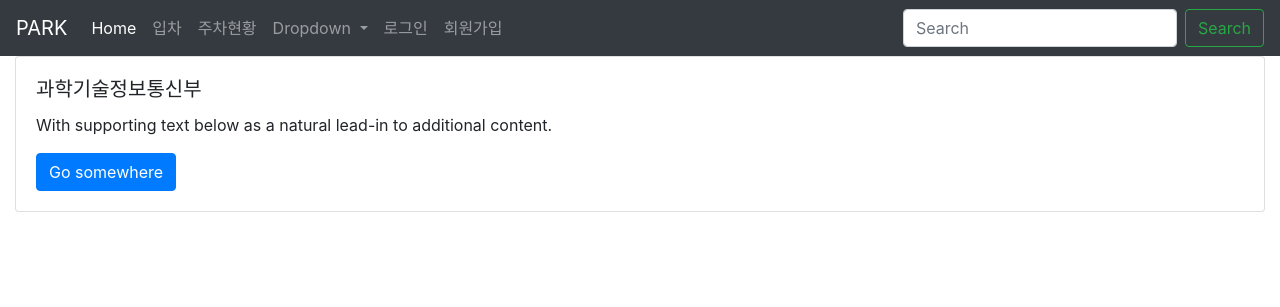
Repository: jbkim08/pro07
Page: http://localhost/pro07/WEB-INF/views/home.jsp
These files come from the project's save history. The page is drawn as it stood at one moment and after the next save; the edit follows.
The browser window is 1280 px wide. The pictures show the whole page.
The page is served by Tomcat 9. Nobody is signed in. The template is opened directly, without the code that normally fills it, so the values that code supplies are empty.

Above is the page before, as saved 2022-12-28 10:08:55.

After the next save:
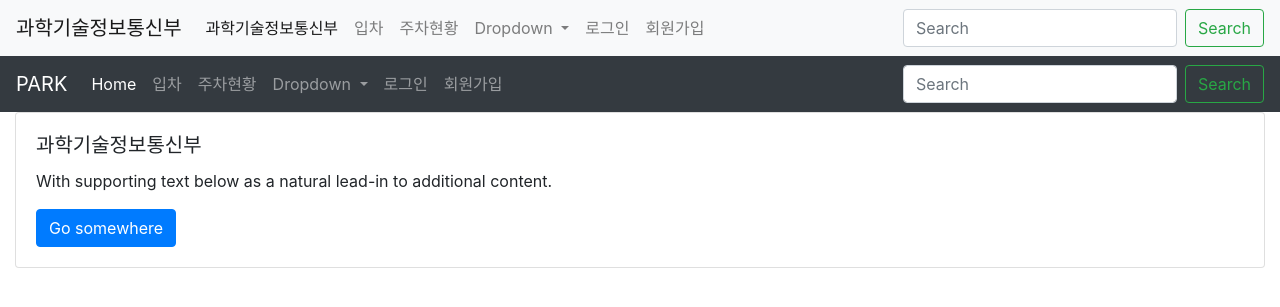
Saved 72 s later.
--- a/pro07/src/main/webapp/WEB-INF/views/home.jsp
+++ b/pro07/src/main/webapp/WEB-INF/views/home.jsp
@@ -22,6 +22,11 @@
 <!-- header css end -->
 </head>
 <body>
+
+<header id="header">
+	<!-- 헤더 부분 인클루드 -->
+	<jsp:include page="include/header.jsp"></jsp:include>
+</header>
 
 <nav class="navbar navbar-expand-lg navbar navbar-dark bg-dark">
   <a class="navbar-brand" href="#">PARK</a>
